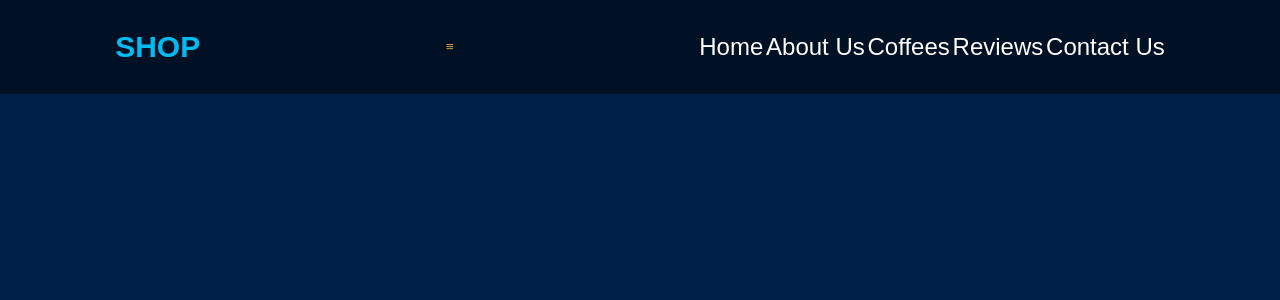
Repository: ntandomagana/Coffee-Shop
Page: index.html
These files come from the project's save history. The page is drawn as it stood at one moment and after a run of saves; the edit follows.
The browser window is 1280 px wide. The pictures show the whole page.

Above is the page before, as saved 2024-04-10 13:46:14.

After the next 2 saves:
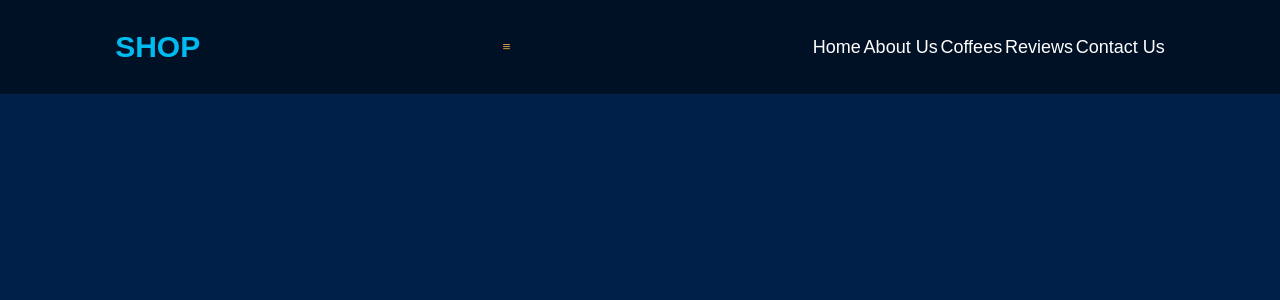
The 2 saves are shown as one change because they came seconds apart.
The last was saved 9 s later.
--- a/style.css
+++ b/style.css
@@ -60,5 +60,5 @@
 .navbar a {
     color: white;
     justify-content: space-between;
-    font-size: 24px;
+    font-size: 1.8rem;
 }
